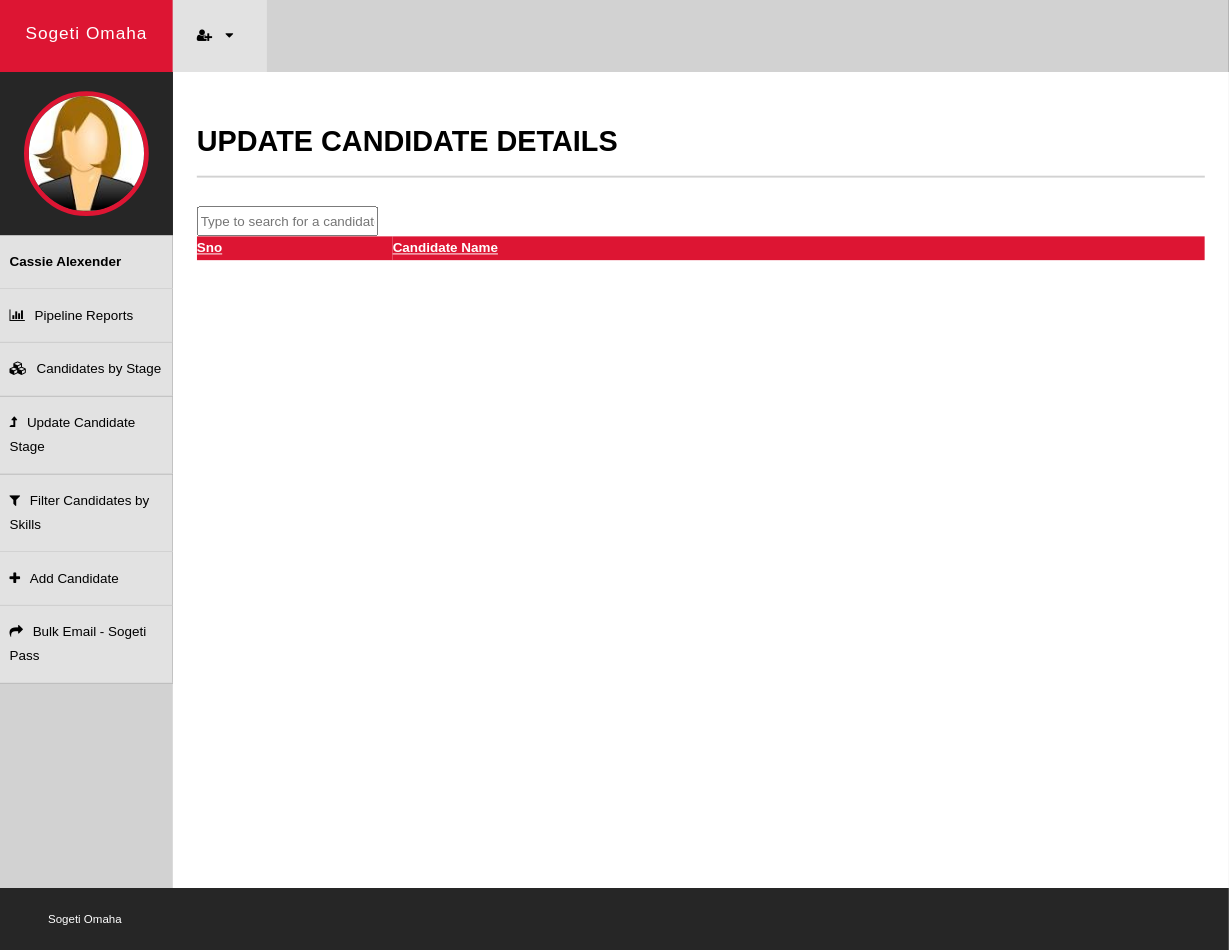
Repository: prasanana/Omaha-Sogeti-Recruiting
Page: http://localhost/Omaha_Sogeti_Recruitment/ModifyCandidateDetails.jsp
The author's editor kept a copy of each file at every save. The page is drawn from the files as they stood at one save, then again after the next save.
The browser window is 1280 px wide. The pictures show the whole page, at 96% of full size.
Some web fonts or font styles are not loaded; a fallback is used. The page is served by Tomcat 9. Other server files are loaded and not shown.

Above is the page before, as saved 2015-03-26 18:27:39.

### OmahaSogetiRecruitingWS/Omaha_Sogeti_Recruitment/WebContent/ModifyCandidateDetails.jsp
<%@ taglib uri="http://java.sun.com/jsp/jstl/core" prefix="c" %>
<%@ taglib uri="http://java.sun.com/jsp/jstl/fmt" prefix="fmt" %>
<%@ taglib prefix="fn" uri="http://java.sun.com/jsp/jstl/functions" %>
<%@ page language="java" contentType="text/html; charset=ISO-8859-1"
    pageEncoding="ISO-8859-1"%>
<!DOCTYPE html>
<html xmlns="http://www.w3.org/1999/xhtml">
<head>
<meta http-equiv="Content-Type" content="text/html; charset=ISO-8859-1">
<title>Update Candidate Details</title>
<link href="${pageContext.request.contextPath}/stylesheets/bootstrap.css" rel="stylesheet" >
<link href="${pageContext.request.contextPath}/stylesheets/font-awesome.css" rel="stylesheet">
<link href="${pageContext.request.contextPath}/stylesheets/style.css" rel="stylesheet"/>
<link href="${pageContext.request.contextPath}/stylesheets/ModifyCandidateDetails.css" rel="stylesheet"/>
</head>
<body onload = "fnOnload()">
<div id="wrapper">
        <nav class="navbar navbar-default navbar-cls-top " role="navigation" style="margin-bottom: 0">
            <div class="navbar-header">
                <a  class="navbar-brand" href="#">Sogeti Omaha
                </a>
            </div>

            <div class="notifications-wrapper">
<ul class="nav">

                <li class="dropdown">
                    <a class="dropdown-toggle" data-toggle="dropdown" href="#">
                        <i class="fa fa-user-plus"></i>  <i class="fa fa-caret-down"></i>
                    </a>
                    <ul class="dropdown-menu dropdown-user">
                        <li><a href="#"><i class="fa fa-user-plus"></i> My Profile</a>
                        </li>
                        <li class="divider"></li>
                        <li><a href="#"><i class="fa fa-sign-out"></i> Logout</a>
                        </li>
                    </ul>
                </li>
            </ul>
            </div>
        </nav>
        <!-- /. NAV TOP  -->
        <nav  class="navbar-default navbar-side" role="navigation">
            <div class="sidebar-collapse">
                <ul class="nav" id="main-menu">
                    <li>
                        <div class="user-img-div">
                            <img src="${pageContext.request.contextPath}/images/user.jpg" class="img-circle" />


                        </div>

                    </li>
                     <li>
                        <a  href="#"> <strong> Cassie Alexender </strong></a>
                    </li>

                   <li>
                        <a   href="https://public.tableausoftware.com/profile/prasanna7470#!/vizhome/SalesMeetingRecruitingPipelineworkbook/SalesMeetingRecruitingPipeline" target="_blank">
                        <i class="fa fa-bar-chart "></i>Pipeline Reports</a>
                    </li>
                    <li>
                        <a href="${pageContext.request.contextPath}/CandidateByStage"><i class="fa fa-cubes "></i>Candidates by Stage</a>

                    </li>

                    <li>
                        <a href="${pageContext.request.contextPath}/UpdateCandidateStage"><i class="fa fa-level-up "></i>Update Candidate Stage </a>

                    </li>


                     <li>
                        <a href="${pageContext.request.contextPath}/FilterCandidates"><i class="fa fa-filter "></i>Filter Candidates by Skills</a>
                    </li>

                    <li>
                        <a href="${pageContext.request.contextPath}/AddCandidate"><i class="fa fa-plus "></i>Add Candidate</a>
                    </li>

                    <li>
                        <a href="${pageContext.request.contextPath}/SendEmail"><i class="fa fa-share "></i>Bulk Email - Sogeti Pass</a>
                    </li>

                </ul>
            </div>

        </nav>
        <!-- /. SIDEBAR MENU (navbar-side) -->
        <div id="page-wrapper" class="page-wrapper-cls">
            <div id="page-inner">

			<div class="row">
                    <div class="col-md-12">
                        <h1 class="page-head-line">Update Candidate Details </h1>
                    </div>
                </div>
                <form name = "modifyCandidateDetailsForm" class="modifyCandidateDetailsForm" action="" method="post">
				<input type="text" id="modifyCandidateDetailsSearch" placeholder="Type to search for a candidate">
				<div class="modifyCandidateDetailsTableDiv">
				<table id="modifyCandidateDetailsTable">
				<thead>
				    <tr>
				      <th>Sno</th>
				      <th>Candidate Name</th>
				    </tr>
				</thead>

				<tbody>
				<c:forEach var="candidateDetails" items="${candidateDetails}">
				<tr class = "modifyCandidateDetailsData">
				<td>${candidateDetails.key}</td>
      			<td>${candidateDetails.value}</td>
      			</tr>
				</c:forEach>
				</tbody>

				</table>
				</div>
				</form>

            </div>
            <!-- /. PAGE INNER  -->
        </div>
        <!-- /. PAGE WRAPPER  -->
    </div>
    <!-- /. WRAPPER  -->
    <footer >
        Sogeti Omaha
    </footer>
    <!-- /. FOOTER  -->
    <!-- SCRIPTS -AT THE BOTOM TO REDUCE THE LOAD TIME-->
<script src="${pageContext.request.contextPath}/javascript/jquery-2.1.3.min.js"></script>
<script src="${pageContext.request.contextPath}/javascript/bootstrap.js"></script>
<script src="${pageContext.request.contextPath}/javascript/jquery.metisMenu.js"></script>
<script src="${pageContext.request.contextPath}/javascript/custom.js"></script>
<script src="${pageContext.request.contextPath}/javascript/ModifyCandidateDetails.js"></script>
</body>
</html>

### OmahaSogetiRecruitingWS/Omaha_Sogeti_Recruitment/WebContent/stylesheets/style.css

/*=============================================================
    Authour URL: www.designbootstrap.com

    http://www.designbootstrap.com/

    License: MIT

    http://opensource.org/licenses/MIT

    100% Free To use For Personal And Commercial Use.

    IN EXCHANGE JUST TELL PEOPLE ABOUT THIS WEBSITE

========================================================  */



/*==============================================
    GENERAL  STYLES
 =============================================*/

@import url(http://fonts.googleapis.com/css?family=Raleway);

body {
   font-family: 'Raleway', sans-serif;
    line-height:25px;
    font-size:14px;
}

#wrapper {
    width: 100%;
    background: #d2d2d2;
}

#page-wrapper {
    padding: 15px 15px;
    min-height: 800px;
    background: #fff;
}

#page-inner {
    width: 100%;
    margin: 10px 20px 10px 0px;
    background-color: #fff!important;
    padding: 10px;
    min-height: 800px;
}

.page-head-line {
    font-size: 30px;
    text-transform: uppercase;
    color: #000;
    font-weight: 800;
    padding-bottom: 20px;
    border-bottom: 2px solid #d2d2d2;
    margin-bottom: 30px;
}

.btn {
    border-radius:0px!important;
    -moz-border-radius:0px!important;
    -webkit-border-radius:0px!important;
}

.progress {
    height: 5px;
}
.nav-pills > li.active > a, .nav-pills > li.active > a:hover, .nav-pills > li.active > a:focus {
    color: #A3A3A3!important;
}


/*==============================================
    MENU STYLES
 =============================================*/


.navbar-cls-top .navbar-brand {
    color: #fff;
    background: #DD1533;
    width: 180px;
    text-align: center;
    height: 75px;
    font-size: 18px;
    letter-spacing: 1px;
    padding-top: 25px;
}
.navbar-cls-top .navbar-brand:hover {
    background: #DD1533;
    color: #fff;
}
.header-right {
    color: #fff;
    padding: 15px 50px 5px 50px;
    float: right;
    font-size: 16px;
}
.user-img-div {
    min-height: 130px;
    padding: 20px;
    background-color: #262626;
    text-align:center;
}

    .user-img-div img {
        height: 130px;
        border: 5px solid #DD1533;
    }


.active-menu {
    background-color: #fff!important;
    border-left: 5px solid #DD1533;
}
.active-menu-top {
    background-color: #000!important;
}

.arrow {
    float: right;
}

.fa.arrow:before {
    content: "\f104";
}

.active > a > .fa.arrow:before {
    content: "\f107";
}


.nav-second-level li,
.nav-third-level li {
    border-bottom: none !important;
}

    .nav-second-level li a {
        padding-left: 37px;
    }

    .nav-third-level li a {
        padding-left: 55px;
    }

.sidebar-collapse, .sidebar-collapse .nav {
    background: none;
}

    .sidebar-collapse .nav {
        padding: 0;
    }

        .sidebar-collapse .nav > li > a {
           color: #000;
background: #E2E2E2;
text-shadow: none;
border-bottom: 1px solid #D2D2D2;
        }

    .sidebar-collapse > .nav > li > a {
        padding: 15px 10px;
    }

    .sidebar-collapse .nav > li > a:hover,
    .sidebar-collapse .nav > li > a:focus {
        background: #D2D2D2;
        outline: 0;
    }



.nav-second-level > li:last-child > a:after,
.nav-third-level > li:last-child > a:after {
    height: 50%;
}

.nav-third-level > li > a:after,
.nav-third-level > li > a:before {
    left: 40px;
}

.navbar-side {
    border: none;
    background-color: #202020;
}

.navbar-cls-top {
    background: #262626;
    border-bottom: none;
}


.navbar-default {
    border: 0px solid black;
}

.navbar-header {
    background: #000000;
}

.navbar-default .navbar-toggle:hover, .navbar-default .navbar-toggle:focus {
    background-color: #DD1533;
}

.navbar-default .navbar-toggle {
    border-color: #fff;
}

    .navbar-default .navbar-toggle .icon-bar {
        background-color: #FFF;

    }

.nav > li > a > i {
    margin-right: 10px;
}

/*==============================================
    NOTIFICATION  STYLES
 =============================================*/
.notifications-wrapper {
margin-left:3px;
}

.notifications-wrapper .nav {
    background-color: #D2d2d2;
}
.notifications-wrapper li {
display: inline-block;
}


.notifications-wrapper li a {
padding: 25px;
min-height: 50px;
}



.notifications-wrapper .dropdown-tasks {
width: 250px;
min-width: 0;
}


.notifications-wrapper .dropdown-menu li {
display: block;
}

.notifications-wrapper .dropdown-menu li a {
padding: 3px 20px;
min-height: 0;
}
.notifications-wrapper .nav > li > a {
    background-color: #E2E2E2;
    color:#000;
}
.notifications-wrapper .nav > li > a:hover, .nav > li > a:focus {
text-decoration: none;
background-color: #FFF!important;
    color:#DD1533;

}
.notifications-wrapper .dropdown-menu {
    margin:0px;
     border-radius:0px!important;
    -moz-border-radius:0px!important;
    -webkit-border-radius:0px!important;
}

/*==============================================
    FOOTER  STYLES
 =============================================*/
footer {
    background-color:#262626;
    padding:20px 50px;
    color:#fff;
    font-size:12px;
}

    footer a {
        color:#fff;
    }
   footer a:hover, footer a:focus {
        color:#fff;
        text-decoration:none;
    }

/*===============================================================================================
    DASHBOARD STYLES
 ===============================================================================================*/

.style-box-one {
    text-align: center;
    padding: 20px;
     margin-bottom: 40px;
    border-left: 10px solid #262626;
}

    .style-box-one a, .style-box-one a:hover {
        color: #fff;
        text-decoration: none;
    }

    .style-box-one span {
        font-size: 50px;
        padding-bottom: 10px;
    }

.Style-one-clr-one {
    background-color: #d96614;
}

.Style-one-clr-two {
    background-color: #2bbeb5;
}

.Style-one-clr-three {
    background-color: #e83dab;
}

.Style-one-clr-four {
    background-color: #adab36;
}

.current-notices ul {
    padding-left:20px;
    list-style:decimal-leading-zero;
    line-height:30px;
}

/*==============================================
    MEDIA QUERIES
  =============================================*/

@media (min-width:768px) {
    .page-wrapper-cls {
        margin: 0 0 0 180px;
    }


    .navbar-side {
        z-index: 1;
        position: absolute;
        width: 180px;
    }

    .navbar {
        border-radius: 0px;
    }
}
@media (min-width:280px) and (max-width:767px ){
    #menuClose {
        visibility:hidden;
    }
}

### OmahaSogetiRecruitingWS/Omaha_Sogeti_Recruitment/WebContent/stylesheets/ModifyCandidateDetails.css
table {
  background-color: white;
  width: 100%;
}

.modifyCandidateDetailsTableDiv {
	height:500px;
	overflow-y:scroll;
	}

tbody td {
  background-color: white;
}
thead th{
  background-color: #dd1533;
}

.modifyCandidateDetailsForm input[type=submit] {
    border: 1px solid rgba(0, 0, 0, 0.3);
    background: #dd1533; /* Old browsers */
    background: -moz-linear-gradient(top,  #dd1533 0%, #dd1533 100%); /* FF3.6+ */
    background: -webkit-gradient(linear, left top, left bottombottom, color-stop(0%,#dd1533), color-stop(100%,#dd1533)); /* Chrome,Safari4+ */
    background: -webkit-linear-gradient(top,  #dd1533 0%,#dd1533 100%); /* Chrome10+,Safari5.1+ */
    background: -o-linear-gradient(top,  #dd1533 0%,#dd1533 100%); /* Opera 11.10+ */
    background: -ms-linear-gradient(top,  #dd1533 0%,#dd1533 100%); /* IE10+ */
    background: linear-gradient(to bottombottom,  #dd1533 0%,#dd1533 100%); /* W3C */
    filter: progid:DXImageTransform.Microsoft.gradient( startColorstr='#dd1533', endColorstr='#dd1533',GradientType=0 ); /* IE6-9 */
    color: #fff;
    padding: 5px 15px;
    margin-right: 0;
    margin-top: 15px;
    border-radius: 3px;
    text-shadow: 1px 1px 0px rgba(0, 0, 0, 0.3);
    width:150px;
}

th.sortable {
    color: white;
    cursor: pointer;
    text-decoration: underline;
}

### OmahaSogetiRecruitingWS/Omaha_Sogeti_Recruitment/WebContent/javascript/custom.js
/*=============================================================
    Authour URL: www.designbootstrap.com

    http://www.designbootstrap.com/

    License: MIT

    http://opensource.org/licenses/MIT

    100% Free To use For Personal And Commercial Use.

    IN EXCHANGE JUST TELL PEOPLE ABOUT THIS WEBSITE

========================================================  */

$(document).ready(function () {

    /*====================================
           METIS MENU
     ======================================*/

    $('#main-menu').metisMenu();

    /*======================================
    LOAD APPROPRIATE MENU BAR ON SIZE SCREEN
    ========================================*/

    $(window).bind("load resize", function () {
        if ($(this).width() < 768) {
            $('div.sidebar-collapse').addClass('collapse')
        } else {
            $('div.sidebar-collapse').removeClass('collapse')
        }
    });
    /*======================================
   WRITE YOUR SCRIPTS BELOW
   ========================================*/



});

### OmahaSogetiRecruitingWS/Omaha_Sogeti_Recruitment/WebContent/javascript/ModifyCandidateDetails.js
function fnOnload(){
	//zebraRows('tbody tr:odd td', 'odd');
	sortRows();
	searchRows();
}
function sortRows(){
	//grab all header rows
	$('thead th').each(function(column) {
	  $(this).addClass('sortable').click(function(){
	    var findSortKey = function($cell) {
	      return $cell.find('.sort-key').text().toUpperCase() + ' ' + $cell.text().toUpperCase();
	    };
	    var sortDirection = $(this).is('.sorted-asc') ? -1 : 1;

	    //step back up the tree and get the rows with data
	    //for sorting
	    var $rows = $(this).parent().parent().parent().find('tbody tr').get();

	    //loop through all the rows and find
	    $.each($rows, function(index, row) {
	      row.sortKey = findSortKey($(row).children('td').eq(column));
	    });

	    //compare and sort the rows alphabetically
	    $rows.sort(function(a, b) {
	        if (a.sortKey < b.sortKey) return -sortDirection;
	        if (a.sortKey > b.sortKey) return sortDirection;
	        return 0;
	    });

	    //add the rows in the correct order to the bottom of the table
	    $.each($rows, function(index, row) {
	        $('tbody').append(row);
	        row.sortKey = null;
	    });

	    //identify the column sort order
	    $('th').removeClass('sorted-asc sorted-desc');
	    var $sortHead = $('th').filter(':nth-child(' + (column + 1) + ')');
	    sortDirection == 1 ? $sortHead.addClass('sorted-asc') : $sortHead.addClass('sorted-desc');

	    //identify the column to be sorted by
	    $('td').removeClass('sorted')
	                .filter(':nth-child(' + (column + 1) + ')')
	                .addClass('sorted');

	    $('.visible td').removeClass('odd');
	    zebraRows('.visible:even td', 'odd');
	  });
	});
}

function searchRows(){
	var $rows = $('.modifyCandidateDetailsData');
	$('#modifyCandidateDetailsSearch').keyup(function() {
	    var val = $.trim($(this).val()).replace(/ +/g, ' ').toLowerCase();

	    $rows.show().filter(function() {
	        var text = $(this).text().replace(/\s+/g, ' ').toLowerCase();
	        return !~text.indexOf(val);
	    }).hide();
	});
}

Loaded but not shown: OmahaSogetiRecruitingWS/Omaha_Sogeti_Recruitment/WebContent/stylesheets/bootstrap.css (library); OmahaSogetiRecruitingWS/Omaha_Sogeti_Recruitment/WebContent/stylesheets/font-awesome.css (library); OmahaSogetiRecruitingWS/Omaha_Sogeti_Recruitment/WebContent/javascript/jquery-2.1.3.min.js (library); OmahaSogetiRecruitingWS/Omaha_Sogeti_Recruitment/WebContent/javascript/bootstrap.js (library); OmahaSogetiRecruitingWS/Omaha_Sogeti_Recruitment/WebContent/javascript/jquery.metisMenu.js (common file)

After the next save:
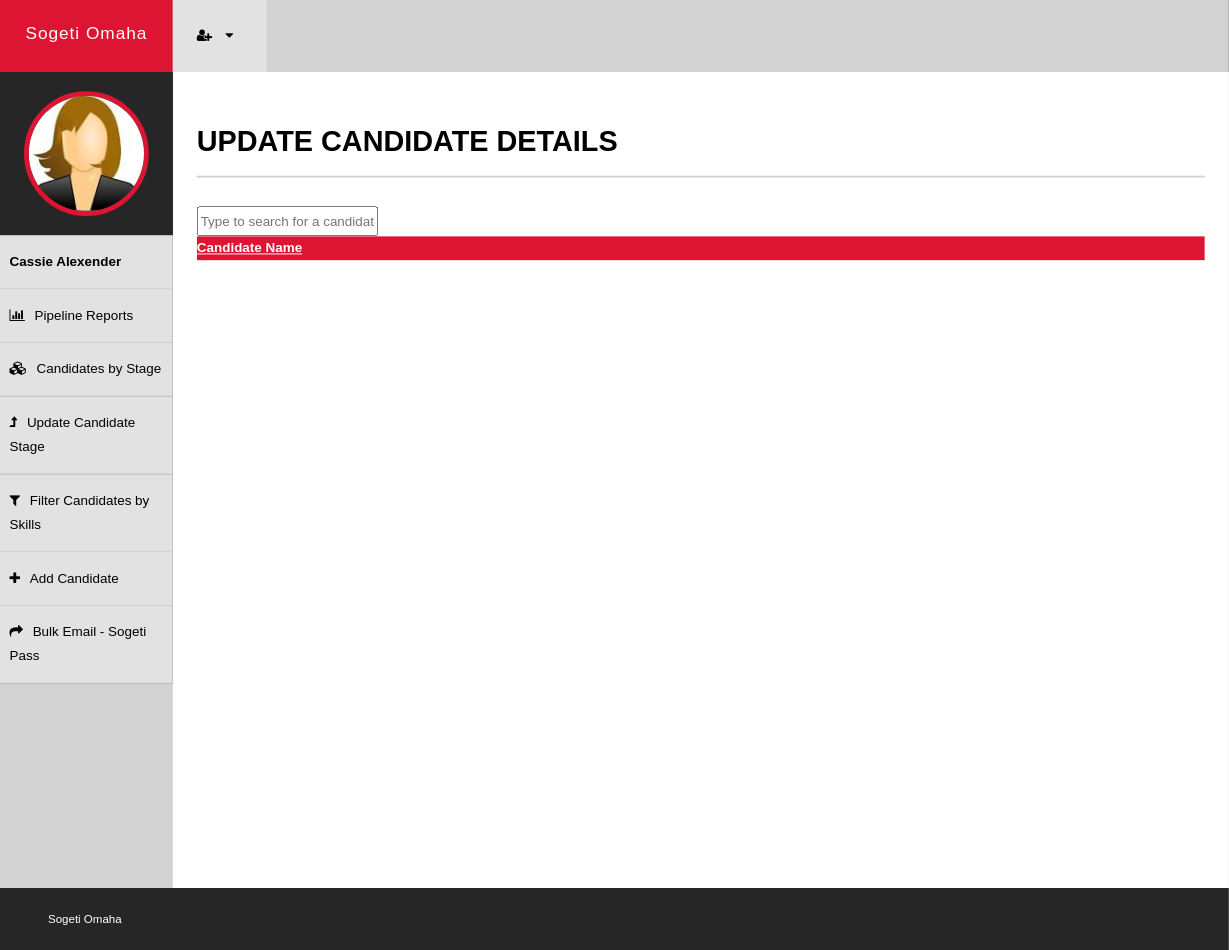
Saved 4 min 58 s later.
--- a/OmahaSogetiRecruitingWS/Omaha_Sogeti_Recruitment/WebContent/ModifyCandidateDetails.jsp
+++ b/OmahaSogetiRecruitingWS/Omaha_Sogeti_Recruitment/WebContent/ModifyCandidateDetails.jsp
@@ -101,7 +101,6 @@
 				<table id="modifyCandidateDetailsTable">
 				<thead>
 				    <tr>
-				      <th>Sno</th>
 				      <th>Candidate Name</th>
 				    </tr>
 				</thead>
@@ -109,8 +108,7 @@
 				<tbody>
 				<c:forEach var="candidateDetails" items="${candidateDetails}">
 				<tr class = "modifyCandidateDetailsData">
-				<td>${candidateDetails.key}</td>
-      			<td>${candidateDetails.value}</td>
+					<td>${candidateDetails.value}</td>
       			</tr>
 				</c:forEach>
 				</tbody>
